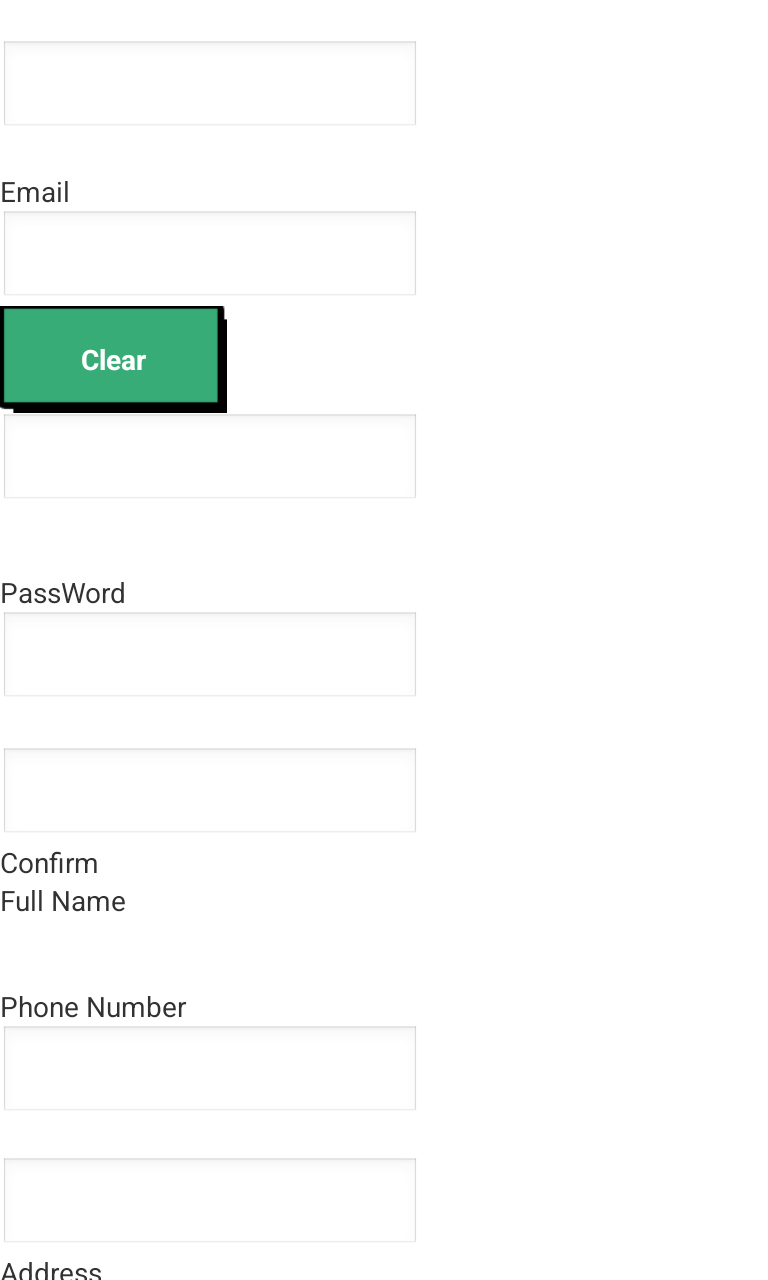
Repository: VanThi/Smart_Order
Layout: Project OS/Project_SO/res/layout/activity_register.xml
The author's editor kept a copy of each file at every save. The layout is drawn from the files as they stood at one save, then again after the next save.
It is drawn on a 768 x 1280 px phone screen (xhdpi) without system bars, with theme android:Theme.Light.NoTitleBar.Fullscreen; the app's code is not run.

Above is the layout before, as saved 2013-11-09 11:35:18.

After the next save:
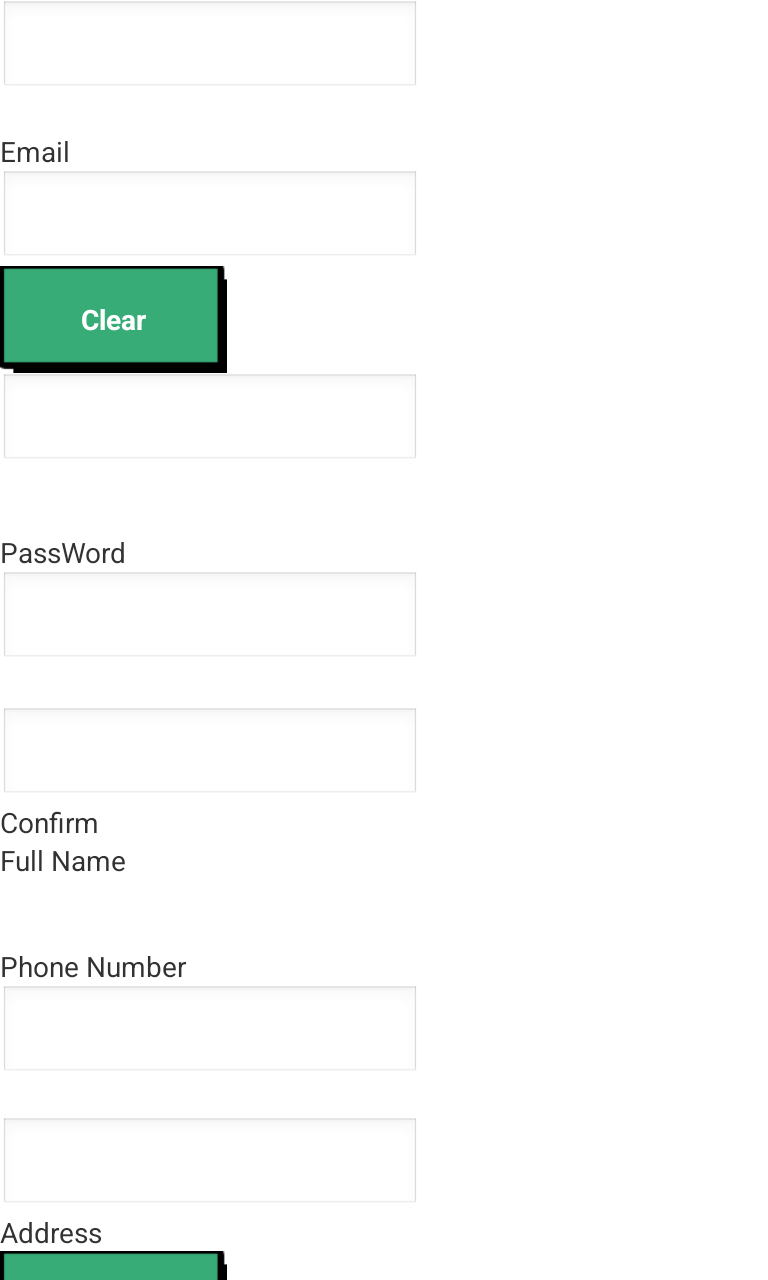
Saved 16 s later.
--- a/Project OS/Project_SO/res/layout/activity_register.xml
+++ b/Project OS/Project_SO/res/layout/activity_register.xml
@@ -29,9 +29,6 @@
         android:id="@+id/tv_userName"
         android:layout_width="wrap_content"
         android:layout_height="wrap_content"
-        android:layout_alignLeft="@+id/tv_fullName"
-        android:layout_below="@+id/registerForm"
-        android:layout_marginTop="55dp"
         android:ems="8"
         android:text="@string/userName" />
     </LinearLayout>
